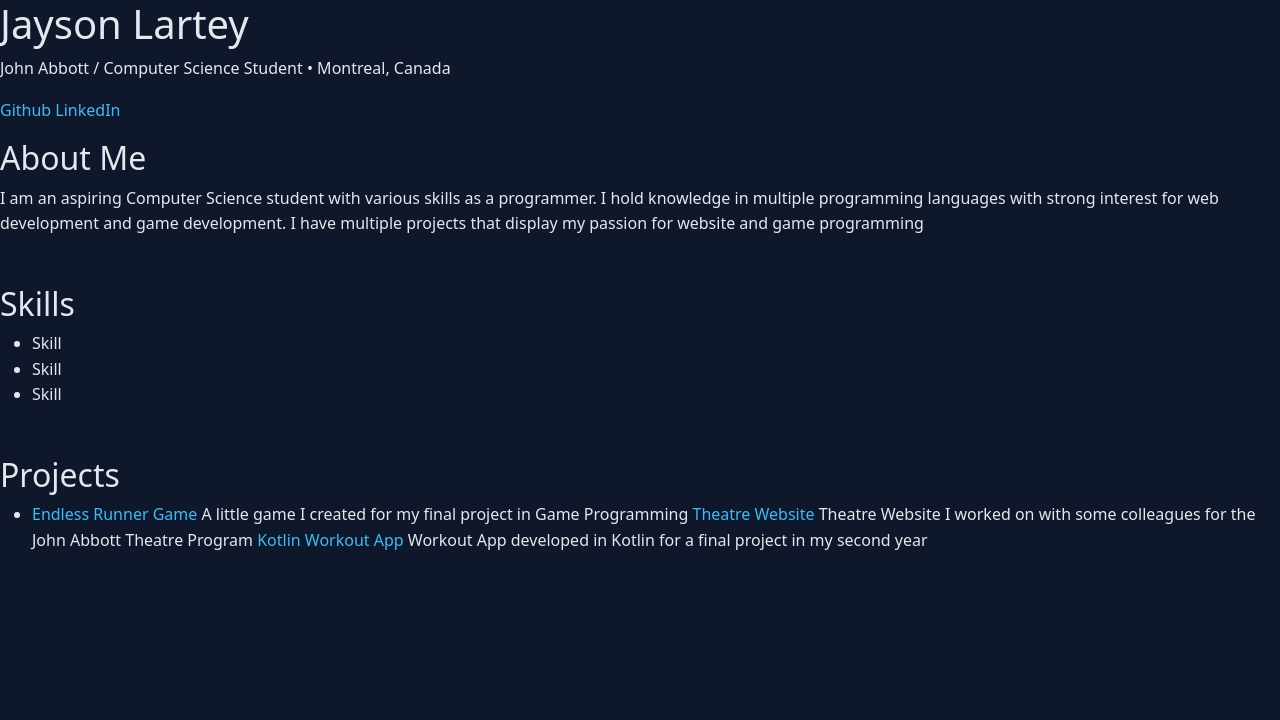
Repository: jaysonlartey/jaysonlartey.github.io
Page: index.html
An editor plug-in stored every save of this project. The page is shown before and after the next save, followed by the edit.
The browser window is 1280 px wide. The pictures show the whole page.

Above is the page before, as saved 2025-12-12 18:40:45.

### index.html
<!DOCTYPE html>
<html lang="en">
<head>
    <meta charset="UTF-8">
    <meta name="viewport" content="width=device-width, initial-scale=1.0">
    <title>Jayson Lartey - Portfolio</title>
    <link href="https://cdn.jsdelivr.net/npm/bootstrap@5.3.3/dist/css/bootstrap.min.css" rel="stylesheet">
    <link rel="stylesheet" href="style.css"/>
    <script src="https://cdn.jsdelivr.net/npm/bootstrap@5.3.3/dist/js/bootstrap.bundle.min.js"></script>
    <script src="script.js"></script>
</head>
<body>
    <header>
        <h1>Jayson Lartey</h1>
        <p>John Abbott / Computer Science Student • Montreal, Canada</p>
        <p>
            <a href="https://github.com/jaysonlartey">Github</a>
            <a href="https://www.linkedin.com/in/jayson-lartey/">LinkedIn</a>
        </p>
    </header>

    <main>
        <section>
            <h2>About Me</h2>
            <p>I am an aspiring Computer Science student with various skills as a programmer.
                I hold knowledge in multiple programming languages with strong interest for web development and game development.
                I have multiple projects that display my passion for website and game programming
            </p>
        </section>

        <section>
            <h2>Skills</h2>
            <ul>
                <li>Skill</li>
                <li>Skill</li>
                <li>Skill</li>
            </ul>
        </section>

        <section>
            <h2>Projects</h2>
            <ul>
                <li>
                    <a href="https://github.com/jaysonlartey/Endless-Runner-Game">Endless Runner Game</a> A little game I created for my final project in Game Programming
                    <a href="https://github.com/jaysonlartey/Theatre-App">Theatre Website</a> Theatre Website I worked on with some colleagues for the John Abbott Theatre Program
                    <a href="https://github.com/jaysonlartey/Workout-App">Kotlin Workout App</a> Workout App developed in Kotlin for a final project in my second year
            </ul>
        </section>
    </main>
</body>
</html>

### style.css
:root {
  --bg: #0f172a;
  --fg: #e5e7eb;
  --accent: #38bdf8;
  --muted: #94a3b8;
}

* { box-sizing: border-box; }

body {
  margin: 0;
  font-family: system-ui, -apple-system, Segoe UI, Roboto, sans-serif;
  background: var(--bg);
  color: var(--fg);
  line-height: 1.6;
}

.container {
  max-width: 960px;
  padding: 2rem 1rem;
  margin: 0 auto;
}

section {
  margin-bottom: 3rem;
}

a {
  color: var(--accent);
  text-decoration: none;
}

a:hover {
  text-decoration: underline;
}

Loaded but not shown: script.js (no copy from this time; the picture is the same without it)

After the next save:
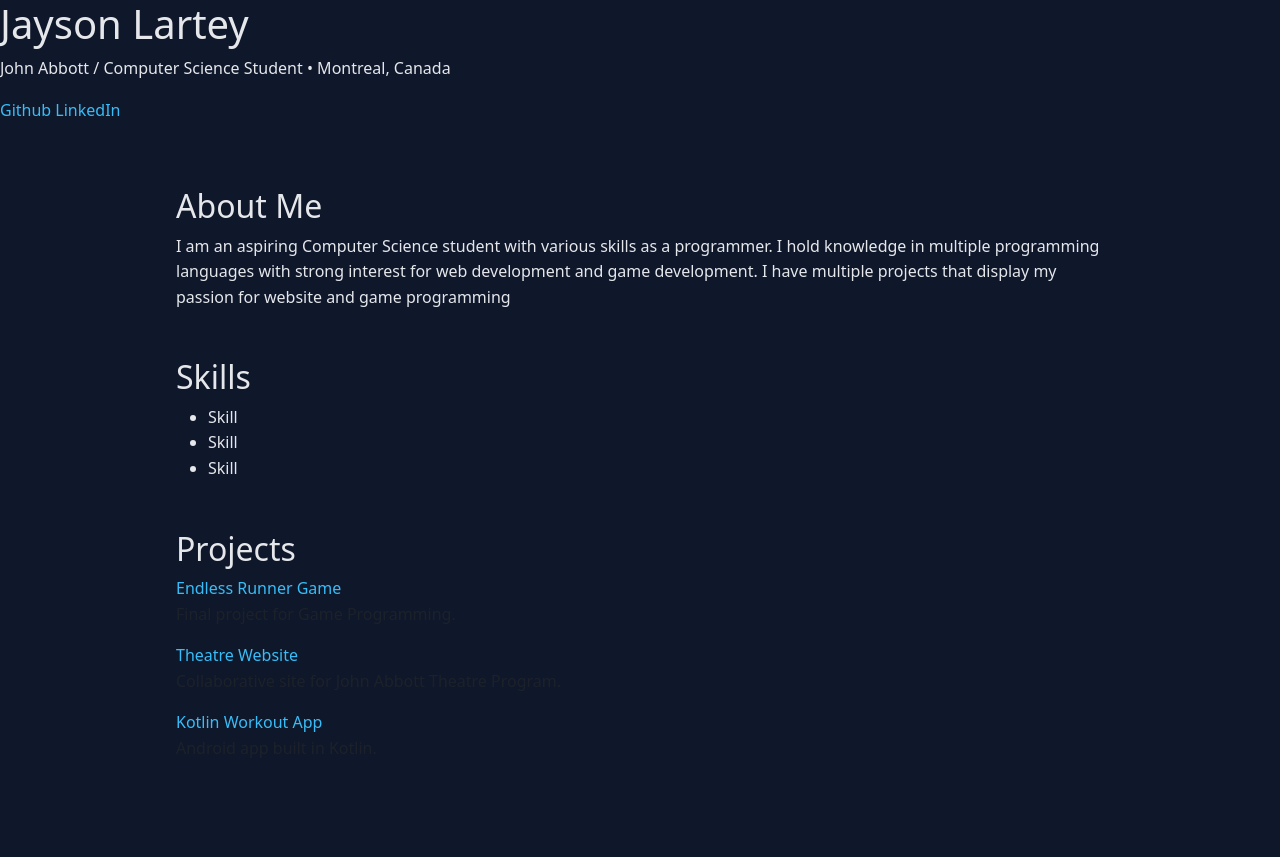
Saved 2 min 14 s later.
--- a/index.html
+++ b/index.html
@@ -1,14 +1,16 @@
 <!DOCTYPE html>
 <html lang="en">
+
 <head>
     <meta charset="UTF-8">
     <meta name="viewport" content="width=device-width, initial-scale=1.0">
     <title>Jayson Lartey - Portfolio</title>
     <link href="https://cdn.jsdelivr.net/npm/bootstrap@5.3.3/dist/css/bootstrap.min.css" rel="stylesheet">
-    <link rel="stylesheet" href="style.css"/>
+    <link rel="stylesheet" href="style.css" />
     <script src="https://cdn.jsdelivr.net/npm/bootstrap@5.3.3/dist/js/bootstrap.bundle.min.js"></script>
     <script src="script.js"></script>
 </head>
+
 <body>
     <header>
         <h1>Jayson Lartey</h1>
@@ -19,16 +21,17 @@
         </p>
     </header>
 
-    <main>
-        <section>
+    <main class="container py-5">
+        <section class="mb-5">
             <h2>About Me</h2>
             <p>I am an aspiring Computer Science student with various skills as a programmer.
-                I hold knowledge in multiple programming languages with strong interest for web development and game development.
+                I hold knowledge in multiple programming languages with strong interest for web development and game
+                development.
                 I have multiple projects that display my passion for website and game programming
             </p>
         </section>
 
-        <section>
+        <section class="mb-5">
             <h2>Skills</h2>
             <ul>
                 <li>Skill</li>
@@ -37,15 +40,26 @@
             </ul>
         </section>
 
-        <section>
+        <section class="mb-5">
             <h2>Projects</h2>
-            <ul>
+            <ul class="list-unstyled">
+                <li class="mb-3">
+                    <a href="https://github.com/jaysonlartey/Endless-Runner-Game">Endless Runner Game</a><br>
+                    <span class="text-muted">Final project for Game Programming.</span>
+                </li>
+
+                <li class="mb-3">
+                    <a href="https://github.com/jaysonlartey/Theatre-App">Theatre Website</a><br>
+                    <span class="text-muted">Collaborative site for John Abbott Theatre Program.</span>
+                </li>
+
                 <li>
-                    <a href="https://github.com/jaysonlartey/Endless-Runner-Game">Endless Runner Game</a> A little game I created for my final project in Game Programming
-                    <a href="https://github.com/jaysonlartey/Theatre-App">Theatre Website</a> Theatre Website I worked on with some colleagues for the John Abbott Theatre Program
-                    <a href="https://github.com/jaysonlartey/Workout-App">Kotlin Workout App</a> Workout App developed in Kotlin for a final project in my second year
+                    <a href="https://github.com/jaysonlartey/Workout-App">Kotlin Workout App</a><br>
+                    <span class="text-muted">Android app built in Kotlin.</span>
+                </li>
             </ul>
         </section>
     </main>
 </body>
+
 </html>
